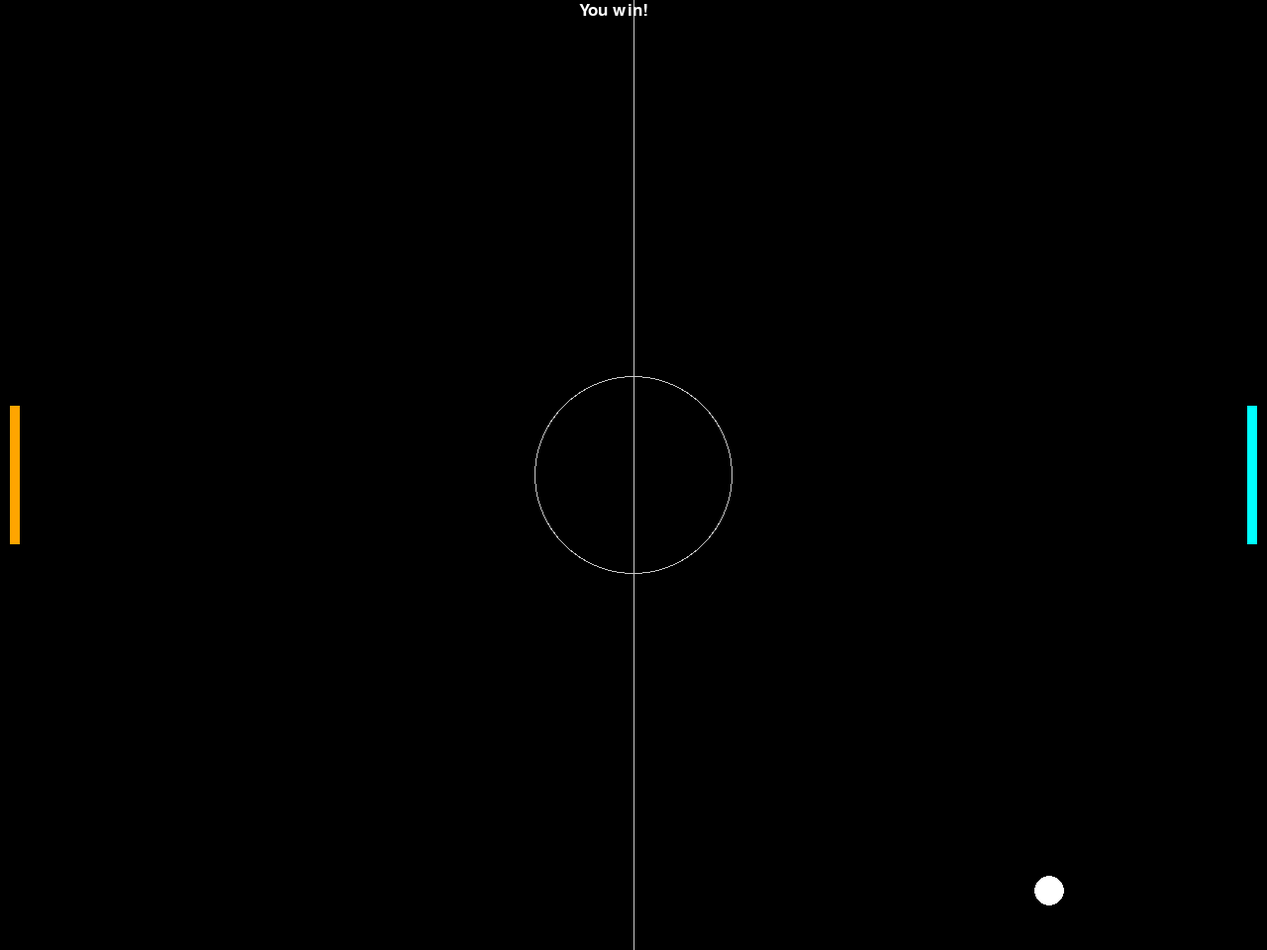
Repository: jak18015/python-tutorials
Script's output: python python-mega-course/pong-pygame/pong.py
These files come from the project's save history. The script's output is drawn as it stood at one moment and after the next save; the edit follows.
The pictures are shown at 99% of full size.
The window is shown after at most 60 frames with no key pressed. Random numbers start from a fixed seed.

Above is the script's output before, as saved 2023-05-02 17:39:11.

After the next save:
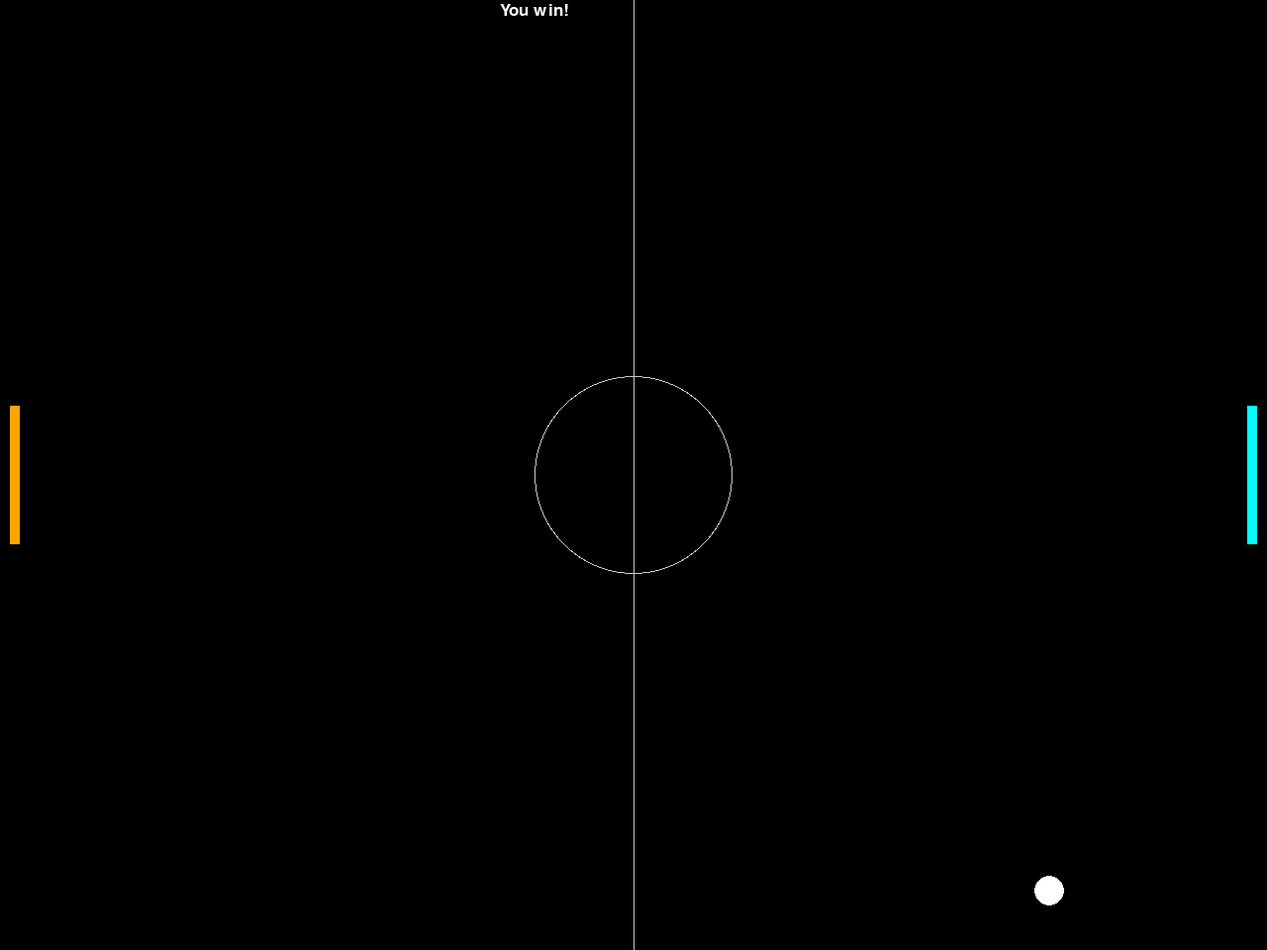
Saved 32 s later.
--- a/python-mega-course/pong-pygame/pong.py
+++ b/python-mega-course/pong-pygame/pong.py
@@ -14,7 +14,7 @@ pygame.display.set_caption('Pong')
 # text
 font = pygame.font.Font(None, 25)
 text = font.render("You win!", True, 'white')
-text_rect = text.get_rect(center=(screen_width/2 - 20, 10))
+text_rect = text.get_rect(center=(screen_width/2 - 100, 10))
 
 # game rectangles
 ball = pygame.Rect(screen_width/2-15,screen_height/2-15,30,30)
